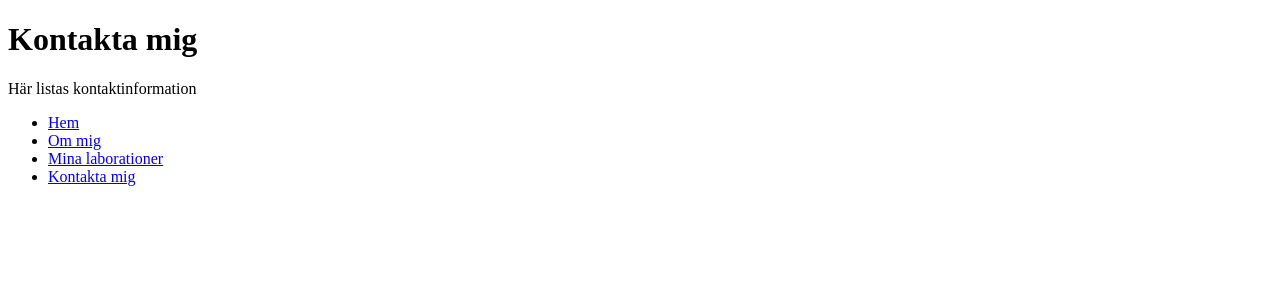
Repository: Holmewi/1ik415-jh222qr-laborationer
Page: pages/kontakt.html
The author's editor kept a record of every edit. The page is drawn from the files as they stood at one moment, then again after the next edit.
The browser window is 1280 px wide. The pictures show the whole page.

Above is the page before.

### pages/kontakt.html
<!DOCTYPE HTML>
<html>
    <head>
        <meta charset="utf-8">
        <title>Kontakt - Joakim Holmevi</title>
    </head>
    <body>
        <H1>Kontakta mig</H1>
        <p>Här listas kontaktinformation</p>

        <div>
            <ul>
                <li><a href="../index.html">Hem</a></li>
                <li><a href="presentation.html">Om mig</a></li>
                <li><a href="laborationer.html">Mina laborationer</a></li>
                <li><a href="kontakt.html">Kontakta mig</a></li>
            </ul>
        </div>
    </body>
</html>

After the next edit:
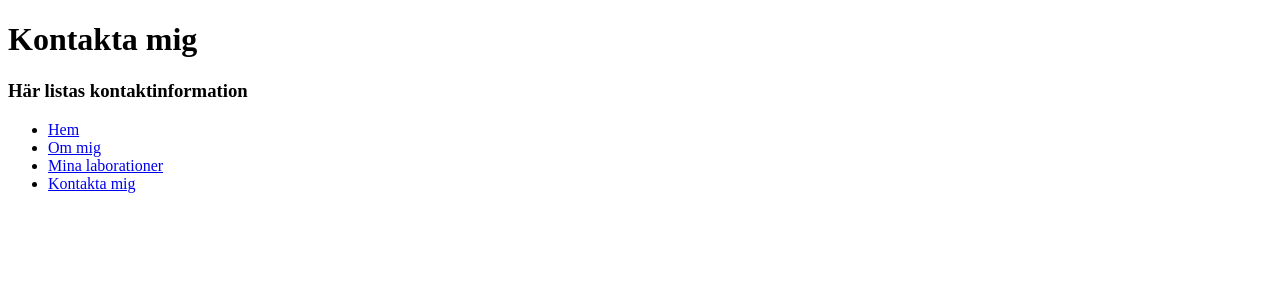
The edit:
--- a/pages/kontakt.html
+++ b/pages/kontakt.html
@@ -5,8 +5,8 @@
         <title>Kontakt - Joakim Holmevi</title>
     </head>
     <body>
-        <H1>Kontakta mig</H1>
-        <p>Här listas kontaktinformation</p>
+        <h1>Kontakta mig</h1>
+        <h3>Här listas kontaktinformation</h3>
 
         <div>
             <ul>
